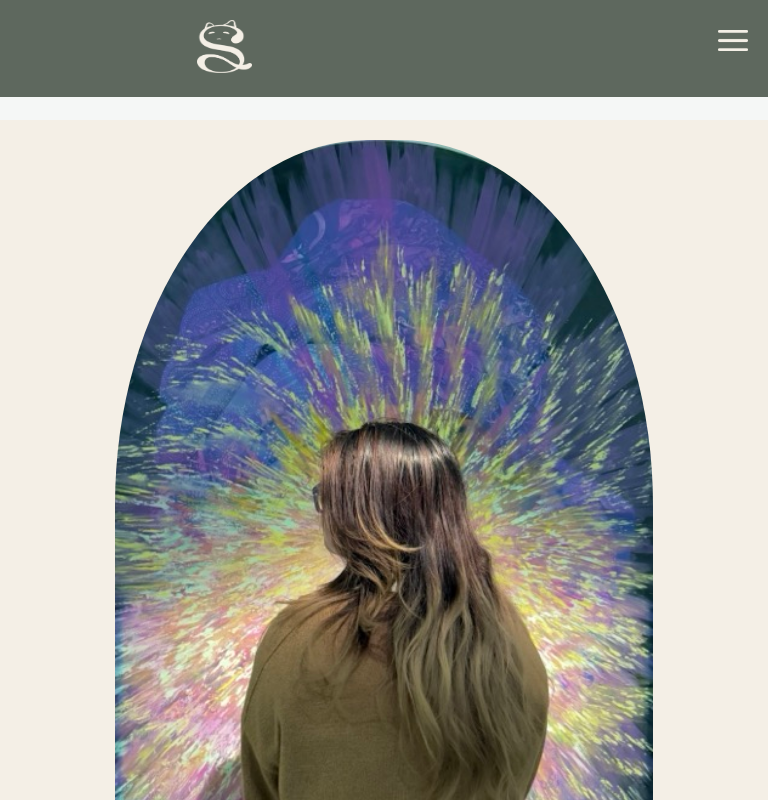
Repository: SandyLy453/portfolio
Page: /
An editor plug-in stored every save of this project. The page is shown before and after the next save, followed by the edit.
The browser window is 768 px wide. The pictures show the whole page.
An inner scrolling area shows only its first screen. The project was rebuilt for these pictures with package versions that can differ from the ones it lists, and the page was loaded fresh each time. The framework's server and built-in components were replaced by stand-ins that run in the browser. Also part of the build but not shown: next.config.mjs, modules/Footer/Footer.module.css, modules/Footer/Footer.js, modules/ProjectCard/ProjectCard.module.css, modules/ProjectCard/Projectcard.js.

Above is the page before, as saved 2025-02-17 17:17:47.

After the next save:
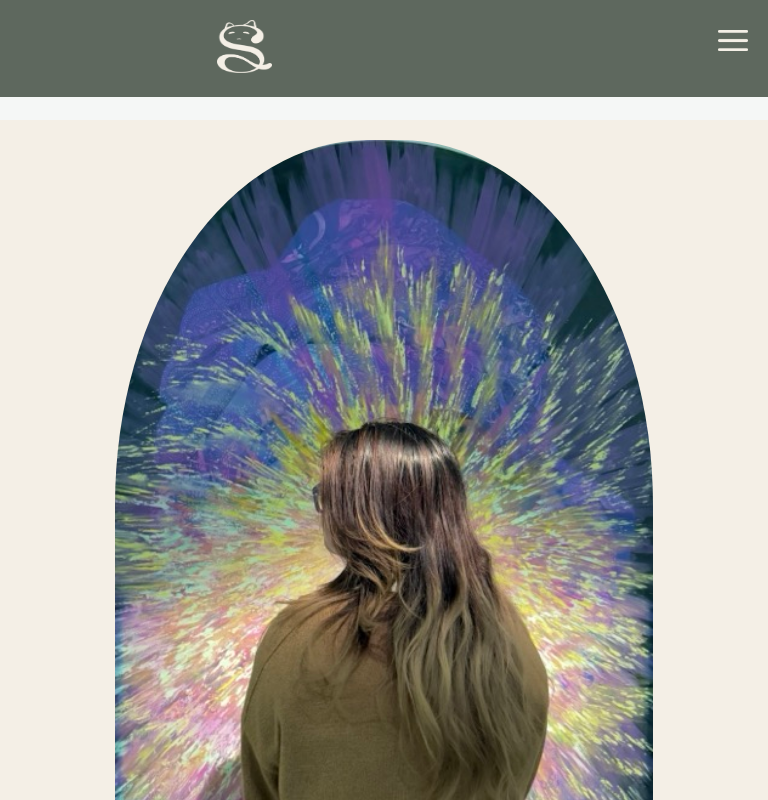
Saved 4 s later.
--- a/modules/Header/Header.module.css
+++ b/modules/Header/Header.module.css
@@ -104,6 +104,6 @@
     .logo {
         position: relative;
         top: 0px;
-        left: -80px;
+        left: -70px;
     }
 }
